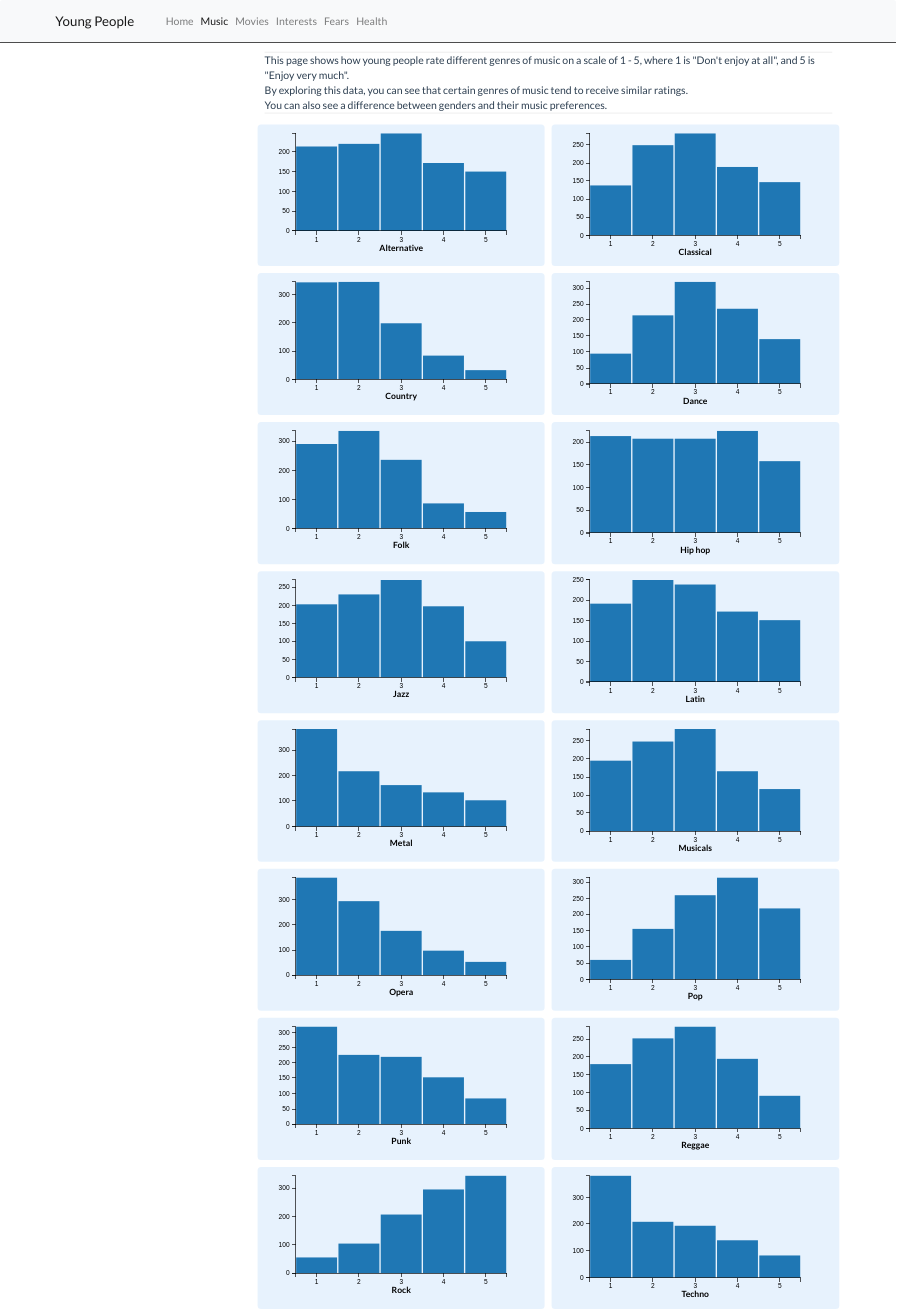
Repository: BrendanMolloy/milestone2
Page: music.html
The author's editor kept a record of every edit. The page is drawn from the files as they stood at one moment, then again after the next edit.
The browser window is 1280 px wide. The page is 1317 px wide, then 1280 px, so the pictures cover 1317 px, including what lies to the right of the window. The pictures show the whole page, at 70% of full size.
Some web libraries are served in a nearby version.

Above is the page before.

### music.html
<!DOCTYPE html>
<html lang="en">

<head>
  <meta charset="UTF-8">
  <meta name="viewport" content="width=device-width, initial-scale=1.0">
  <meta http-equiv="X-UA-Compatible" content="ie=edge">
  <title>Young People</title>

  <link rel="stylesheet" href="https://maxcdn.bootstrapcdn.com/bootstrap/4.0.0/css/bootstrap.min.css" integrity="sha384-Gn5384xqQ1aoWXA+058RXPxPg6fy4IWvTNh0E263XmFcJlSAwiGgFAW/dAiS6JXm" crossorigin="anonymous">

  <link rel="stylesheet" href="css/bootstrap.min.css" type="text/css" />
  <link rel="stylesheet" href="css/dc.min.css" type="text/css" />
  <link rel="stylesheet" href="css/style.css" type="text/css" />

  <script type="text/javascript" src="js/d3.min.js"></script>
  <script type="text/javascript" src="js/crossfilter.min.js"></script>
  <script type="text/javascript" src="js/dc.min.js"></script>
  <script type="text/javascript" src="js/queue.min.js"></script>
  <script type="text/javascript" src="js/music.js"></script>
</head>

<body>
  <!------------------------------- Navbar -------------------------------------->

  <div class="navbar-container">
    <nav class="navbar navbar-expand-lg navbar-light bg-light">
      <a class="navbar-brand" href="#">Young People</a>
      <button class="navbar-toggler" type="button" data-toggle="collapse" data-target="#navbarNav" aria-controls="navbarNav" aria-expanded="false" aria-label="Toggle navigation">
    <span class="navbar-toggler-icon"></span>
  </button>
      <div class="collapse navbar-collapse" id="navbarNav">
        <ul class="navbar-nav">
          <li class="nav-item">
            <a class="nav-link" href="index.html">Home</a>
          </li>
          <li class="nav-item active">
            <a class="nav-link" href="music.html">Music <span class="sr-only">(current)</span></a>
          </li>
          <li class="nav-item">
            <a class="nav-link" href="movies.html">Movies</a>
          </li>
          <li class="nav-item">
            <a class="nav-link" href="interests.html">Interests</a>
          </li>
          <li class="nav-item">
            <a class="nav-link" href="fears.html">Fears</a>
          </li>
          <li class="nav-item">
            <a class="nav-link" href="health.html">Health</a>
          </li>
        </ul>
      </div>
    </nav>
  </div>

  <!------------------------------- Sidebar ------------------------------------->
  <!--  filters/demographics
  <div class="container">
    <div class="row">
      <div class="sidenav col-xs-5 col-sm-5 col-m-5 col-lg-2">
        <div id="age" class="side-graphs"></div>
        <div id="gender-balance" class="side-graphs"></div>
        <div id="city-village" class="side-graphs"></div>
        <div id="handedness" class="side-graphs"></div>
      </div> -->
      <div class="container">
        <div class="row">
          <div class="age-filter"></div>
          <div class="gender-filter"></div>
          <div class="city-village-filter"></div>
          <div class="handedness-filter"></div>
        </div>
      </div>

      <!-------------------------------- Music ------------------------------------->
      <div class="main col-xs-7 col-sm-7 col-m-7 col-lg-10">
        <h1>Music Preferences</h1>
        <p>This page shows how young people rate different genres of music on a scale of 1 - 5, where 1 is "Don't enjoy at all", and 5 is "Enjoy very much".
          <br> By exploring this data, you can see that certain genres of music tend to receive similar ratings.
          <br> You can also see a difference between genders and their music preferences.</p>
        <div class="row">
          <div id="alternative" class="col-sm-12 col-m-6 col-lg-6 badge"></div>
          <div id="classical" class="col-sm-12 col-m-6 col-lg-6 badge"></div>
          <div id="country" class="col-sm-12 col-m-6 col-lg-6 badge"></div>
          <div id="dance" class="col-sm-12 col-m-6 col-lg-6 badge"></div>
          <div id="folk" class="col-sm-12 col-m-6 col-lg-6 badge"></div>
          <div id="hiphop" class="col-sm-12 col-m-6 col-lg-6 badge"></div>
          <div id="jazz" class="col-sm-12 col-m-6 col-lg-6 badge"></div>
          <div id="latin" class="col-sm-12 col-m-6 col-lg-6 badge"></div>
          <div id="metal" class="col-sm-12 col-m-6 col-lg-6 badge"></div>
          <div id="musicals" class="col-sm-12 col-m-6 col-lg-6 badge"></div>
          <div id="opera" class="col-sm-12 col-m-6 col-lg-6 badge"></div>
          <div id="pop" class="col-sm-12 col-m-6 col-lg-6 badge"></div>
          <div id="punk" class="col-sm-12 col-m-6 col-lg-6 badge"></div>
          <div id="reggae" class="col-sm-12 col-m-6 col-lg-6 badge"></div>
          <div id="rock" class="col-sm-12 col-m-6 col-lg-6 badge"></div>
          <div id="techno" class="col-sm-12 col-m-6 col-lg-6 badge"></div>
        </div>
      </div>
    </div>
  </div>

  <script src="https://code.jquery.com/jquery-3.2.1.slim.min.js" integrity="sha384-KJ3o2DKtIkvYIK3UENzmM7KCkRr/rE9/Qpg6aAZGJwFDMVNA/GpGFF93hXpG5KkN" crossorigin="anonymous"></script>
  <script src="https://cdnjs.cloudflare.com/ajax/libs/popper.js/1.12.9/umd/popper.min.js" integrity="sha384-ApNbgh9B+Y1QKtv3Rn7W3mgPxhU9K/ScQsAP7hUibX39j7fakFPskvXusvfa0b4Q" crossorigin="anonymous"></script>
  <script src="https://maxcdn.bootstrapcdn.com/bootstrap/4.0.0/js/bootstrap.min.js" integrity="sha384-JZR6Spejh4U02d8jOt6vLEHfe/JQGiRRSQQxSfFWpi1MquVdAyjUar5+76PVCmYl" crossorigin="anonymous"></script>


</body>

</html>

### css/style.css
.section {
  text-align: center;
  padding: 0px;
}

p{
  border-top: 1px solid #e6e6e6 ;
  border-bottom: 1px solid #e6e6e6;
}

.landing p {
  background: rgba(231, 242, 253, 0.7);
    -webkit-animation: fadein 3s; /* Safari, Chrome and Opera > 12.1 */
       -moz-animation: fadein 3s; /* Firefox < 16 */
        -ms-animation: fadein 3s; /* Internet Explorer */
         -o-animation: fadein 3s; /* Opera < 12.1 */
            animation: fadein 3s;
}


.row {
  text-align: center;
}

.navbar-container {
  z-index: 2;
    position: fixed;
    width: 100vw;
    border-bottom: 1px solid #000;

}

.navbar {
  z-index: 2;
  padding:0;
  padding-left:5%;
  padding-right:5%;
  margin:0;
}


.landing {
  text-align: center;
  padding-top: 60px;
  padding-right: 15%;
  padding-left: 15%;
  background: url("../images/young-people.jpg") no-repeat fixed center;
  height: 100vh;
  background-size: cover;
}

.landing-graphs {
  position: relative;
  height: 0;
  width: 100%;
  padding: 5%;
  padding-bottom: 25%;
  background: rgba(231, 242, 253, 0.9);
}

.sidenav {
  height: 100%; /*Full-height: remove this if you want "auto" height */
  /*width: 450px;  Set the width of the sidebar */
  position: fixed; /* Fixed Sidebar (stay in place on scroll) */
  z-index: 1; /* Stay on top */
  top: 0; /* Stay at the top */
  left: 0;
  background-color: #CCCCCC; /* Light Grey */
  overflow-x: hidden; /* Disable horizontal scroll */
  padding: 0;
  padding-top: 60px;
  border-right: 1px solid #000;
}

.main {
  margin-left: 250px;
  /*Same as the width of the sidebar */
  max-width: 100vw;
  padding-left: 10%;
  padding-right: 10%;
  /*padding-top: 60px; */
}

.badge {
  background-color: #E7F2FD;
  border: 5px solid #fff;
}


#music-enjoyment {
  padding: 0;
}

.side-graphs {
  text-align: center;
  width: 100%;
  padding: 20px;
  padding-right: 0px;
}

.side-graphs#age {
  padding: 0;
}

### js/music.js
/* global queue */
/* global d3 */
/* global crossfilter */
/* global dc */

queue()
    .defer(d3.csv, "data/young-people.csv")
    .await(makeGraphs);

function makeGraphs(error, ypData) {
    var ndx = crossfilter(ypData);

    // demographics //
    show_dropdown(ndx, 'Age', "#age-filter");
    show_dropdown(ndx, 'Gender', "#gender-filter");
    show_dropdown(ndx, 'Village - town', "#city-village-filter");
    show_dropdown(ndx, 'Left - right handed', "#handedness-filter");

    // music //
    show_bar_chart(ndx, 'Alternative', "#alternative", "Alternative");
    show_bar_chart(ndx, 'Classical music', "#classical", "Classical");
    show_bar_chart(ndx, 'Country', "#country", "Country");
    show_bar_chart(ndx, 'Dance', "#dance", "Dance");
    show_bar_chart(ndx, 'Folk', "#folk", "Folk");
    show_bar_chart(ndx, 'Hiphop, Rap', "#hiphop", "Hip hop");
    show_bar_chart(ndx, 'Swing, Jazz', "#jazz", "Jazz");
    show_bar_chart(ndx, 'Latino', "#latin", "Latin");
    show_bar_chart(ndx, 'Metal or Hardrock', "#metal", "Metal");
    show_bar_chart(ndx, 'Musical', "#musicals", "Musicals");
    show_bar_chart(ndx, 'Opera', "#opera", "Opera");
    show_bar_chart(ndx, 'Pop', "#pop", "Pop");
    show_bar_chart(ndx, 'Punk', "#punk", "Punk");
    show_bar_chart(ndx, 'Reggae, Ska', "#reggae", "Reggae");
    show_bar_chart(ndx, 'Rock', "#rock", "Rock");
    show_bar_chart(ndx, 'Techno, Trance', "#techno", "Techno");

    dc.utils.printSingleValue.fformat = d3.format('.0f');

    dc.renderAll();
}

function remove_empty_bins(source_group) { //eliminates empty or null values from the dataset, so graphs can render unimpeded//
    return {
        all: function() {
            return source_group.all().filter(function(d) {
                //return Math.abs(d.value) > 0.00001; // if using floating-point numbers
                return d.key !== ""; // if integers only
            });
        }
    };
}



//-------------------------- Demographics ------------------------------------//

function show_dropdown(ndx, dimensionLabel, id) {
    var dim = ndx.dimension(dc.pluck(dimensionLabel));
    var group = dim.group();
    var filtered_group = remove_empty_bins(group)

    dc.selectMenu(id)
        .dimension(dim)
        .group(filtered_group);
}

function show_pie_chart(ndx, dimensionLabel, id) {
    var dim = ndx.dimension(dc.pluck(dimensionLabel));
    var group = dim.group();
    var filtered_group = remove_empty_bins(group)

    dc.pieChart(id)
        .useViewBoxResizing(true)
        .externalRadiusPadding(10)
        .innerRadius(0)
        .dimension(dim)
        .group(filtered_group)
        .legend(dc.legend())
        .on('pretransition', function(chart) {
            chart.selectAll('text.pie-slice').text(function(d) {
                return d.data.key + ' ' + dc.utils.printSingleValue((d.endAngle - d.startAngle) / (2 * Math.PI) * 100) + '%';
            })
        })
}

function show_age_range(ndx) {
    var dim = ndx.dimension(dc.pluck('Age'));
    var group = dim.group();
    var filtered_group = remove_empty_bins(group)

    dc.barChart("#age")
        .useViewBoxResizing(true)
        .dimension(dim)
        .group(filtered_group)
        .transitionDuration(500)
        .x(d3.scale.ordinal())
        .xUnits(dc.units.ordinal)
        .elasticY(true)
        .xAxisLabel("Age")
        .yAxis().ticks(10);
}

//---------------------------- Main Graphs ----------------------------------//

function show_bar_chart(ndx, dimensionLabel, id, xlabel) {
    var dim = ndx.dimension(dc.pluck(dimensionLabel)); //selects column from dataset
    var group = dim.group();
    var filtered_group = remove_empty_bins(group)
    /*var w = 240; //adjust graph dimensions
    var h = 180; */

    dc.barChart(id)
        /*.width(w)
        .height(h) */
        .useViewBoxResizing(true)
        .margins({ top: 10, right: 50, bottom: 30, left: 50 })
        .dimension(dim)
        .group(filtered_group)
        .transitionDuration(500)
        .x(d3.scale.ordinal())
        .xUnits(dc.units.ordinal)
        .elasticY(true)
        .xAxisLabel(xlabel)
        .yAxis().ticks(5);
}

function show_stacked_chart(ndx) {

    function rankByGender(dimension, rank) {
        return dimension.group().reduce(
            function (p, v) {
                p.total++;
                if(v.rank == rank) {
                    p.match++;
                }
                return p;
            },
            function (p, v) {
                p.total--;
                if(v.rank == rank) {
                    p.match--;
                }
                return p;
            },
            function () {
                return {total: 0, match: 0};
            }
        );
    }

    var dim = ndx.dimension(dc.pluck("sex"));
    var profByGender = rankByGender(dim, "Prof");
    var asstProfByGender = rankByGender(dim, "AsstProf");
    var assocProfByGender = rankByGender(dim, "AssocProf");

    dc.barChart("#rank-distribution")
        .width(400)
        .height(300)
        .dimension(dim)
        .group(profByGender, "Prof")
        .stack(asstProfByGender, "Asst Prof")
        .stack(assocProfByGender, "Assoc Prof")
        .valueAccessor(function(d) {
            if(d.value.total > 0) {
                return (d.value.match / d.value.total) * 100;
            } else {
                return 0;
            }
        })
        .x(d3.scale.ordinal())
        .xUnits(dc.units.ordinal)
        .legend(dc.legend().x(320).y(20).itemHeight(15).gap(5))
        .margins({top: 10, right: 100, bottom: 30, left: 30});
}

Loaded but not shown: css/bootstrap.min.css (library); css/dc.min.css (library); js/d3.min.js (library); js/crossfilter.min.js (library); js/dc.min.js (library); js/queue.min.js (common file)

After the next edit:
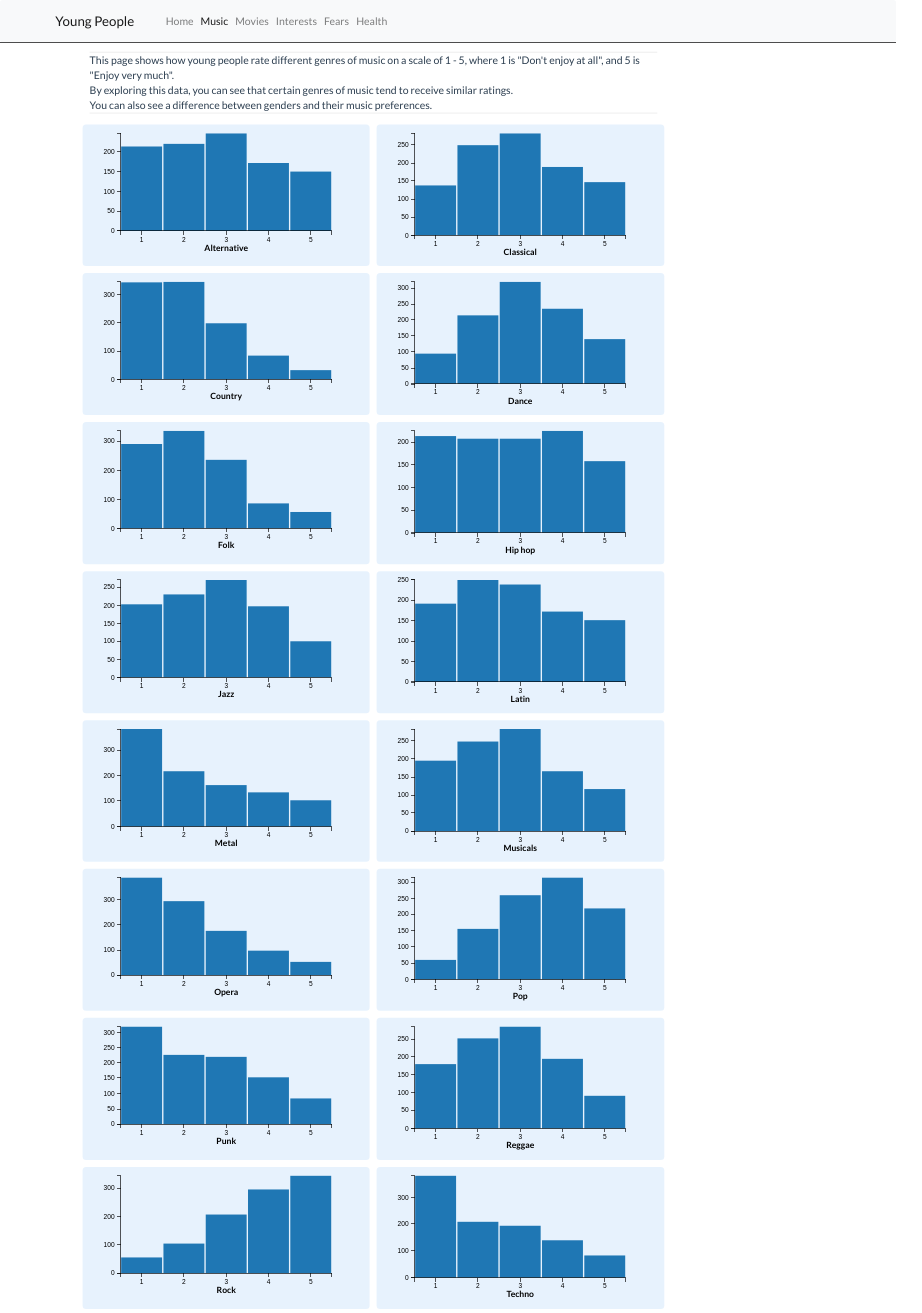
The edit:
--- a/css/style.css
+++ b/css/style.css
@@ -73,8 +73,8 @@
 }
 
 .main {
-  margin-left: 250px;
-  /*Same as the width of the sidebar */
+  /*margin-left: 250px;
+  Same as the width of the sidebar */
   max-width: 100vw;
   padding-left: 10%;
   padding-right: 10%;
